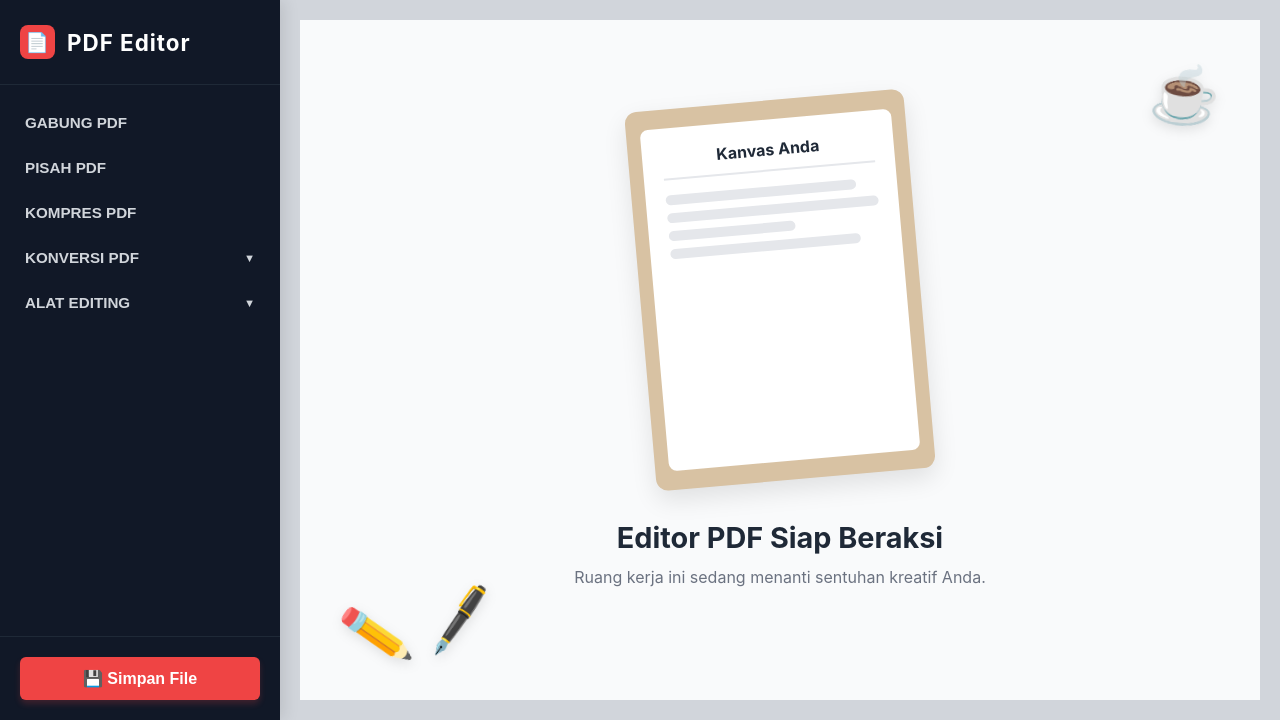
Repository: IkhsanMoekhtar/pdf_editor
Page: /
The author's editor kept a copy of each file at every save. The page is drawn from the files as they stood at one save, then again after the next save.
The browser window is 1280 px wide. The pictures show the whole page.
The project was rebuilt for these pictures with package versions that can differ from the ones it lists, and the page was loaded fresh each time. Also part of the build but not shown: vite.config.js.

Above is the page before, as saved 2026-03-18 05:30:41.

### index.html
<!doctype html>
<html lang="en">
  <head>
    <meta charset="UTF-8" />
    <link rel="icon" type="image/svg+xml" href="/favicon.svg" />
    <meta name="viewport" content="width=device-width, initial-scale=1.0" />
    <title>frontend-pdf</title>
  </head>
  <body>
    <div id="root"></div>
    <script type="module" src="/src/main.jsx"></script>
  </body>
</html>

### src/index.css
/* --- CSS RESET GLOBAL --- */

/* Tanda bintang (*) artinya menerapkan aturan ini ke SEMUA elemen di website */
* {
  margin: 0;
  padding: 0;
  box-sizing: border-box; /* Memastikan padding tidak menambah lebar elemen */
}

/* Memaksa elemen dasar website untuk mengambil 100% layar tanpa sisa */
html, body, #root {
  width: 100%;
  height: 100%;
  background-color: #f3f4f6; /* Warna latar belakang aplikasi kita */
}

/* Menghilangkan font default yang kaku */
body {
  font-family: Inter, system-ui, Avenir, Helvetica, Arial, sans-serif;
  -webkit-font-smoothing: antialiased;
}

### src/App.jsx
import React, { useState, useRef, useEffect} from 'react';
import { Document, Page, pdfjs } from 'react-pdf';
import './App.css';

// Memuat worker secara lokal langsung dari node_modules (Sangat stabil untuk Vite)
pdfjs.GlobalWorkerOptions.workerSrc = new URL(
  'pdfjs-dist/build/pdf.worker.min.mjs',
  import.meta.url,
).toString();

function App() {
  const [pdfFile, setPdfFile] = useState(null);
  const [activeTool, setActiveTool] = useState(null);
  const fileInputRef = useRef(null);

  // State baru untuk mengatur menu dropdown di sidebar
  const [expandedMenu, setExpandedMenu] = useState(null);

  const [numPages, setNumPages] = useState(null);
  const [pageNumber, setPageNumber] = useState(1);

  // --- STATE BARU UNTUK UKURAN DINAMIS ---
  // Ref ini akan kita tempelkan ke bungkus PDF untuk diukur
  const pdfWrapperRef = useRef(null);
  // State ini menyimpan angka lebar layar saat ini
  const [pdfWidth, setPdfWidth] = useState(null);

  // Efek ini akan berjalan setiap kali ukuran layar/browser berubah
  useEffect(() => {
    // Membuat sensor ResizeObserver
    const observer = new ResizeObserver((entries) => {
      if (entries[0]) {
        // Kurangi sedikit (misal 40px) agar ada ruang kosong (margin) di kiri-kanan
        setPdfWidth(entries[0].contentRect.width - 40);
      }
    });

    // Pasang sensornya ke elemen pembungkus PDF kita
    if (pdfWrapperRef.current) {
      observer.observe(pdfWrapperRef.current);
    }

    // Bersihkan sensor jika komponen ditutup
    return () => observer.disconnect();
  }, [pdfFile]); // Efek ini juga berjalan ulang saat file PDF baru diunggah

  const handleFileUpload = (event) => {
    const file = event.target.files[0];
    if (file && file.type === 'application/pdf') {
      setPdfFile(file);
      setPageNumber(1);
    } else {
      alert("Mohon unggah file dengan format PDF.");
    }
  };

  // Fungsi saat dokumen PDF berhasil dibaca oleh mesin
  const onDocumentLoadSuccess = ({ numPages }) => {
    setNumPages(numPages);
  };

  // Fungsi ganti halaman
  const changePage = (offset) => {
    setPageNumber(prevPageNumber => prevPageNumber + offset);
  };

  const handleToolClick = (toolName) => {
    setActiveTool(toolName);
    if (toolName === 'save') alert("Mempersiapkan data!");
  };

  const triggerUpload = () => fileInputRef.current.click();
  const toggleMenu = (menuName) => setExpandedMenu(expandedMenu === menuName ? null : menuName);

  return (
    <div className="app-container">

      {/* --- SIDEBAR UTAMA --- */}
      <aside className="main-sidebar">
        <div className="brand">
          <span className="brand-icon">📄</span>
          <strong>PDF Editor</strong>
        </div>

        <nav className="sidebar-nav">
          <button className="nav-item">GABUNG PDF</button>
          <button className="nav-item">PISAH PDF</button>
          <button className="nav-item">KOMPRES PDF</button>

          {/* Grup Menu: KONVERSI PDF */}
          <div className={`nav-group ${expandedMenu === 'convert' ? 'expanded' : ''}`}>
            <button className="nav-item has-arrow" onClick={() => toggleMenu('convert')}>
              KONVERSI PDF <span className="arrow">▼</span>
            </button>
            <div className="submenu">
              <div className="submenu-title">KE PDF</div>
              <button className="submenu-btn"><span className="doc-icon icon-jpg">J</span> JPG ke PDF</button>
              <button className="submenu-btn"><span className="doc-icon icon-word">W</span> WORD ke PDF</button>
              <button className="submenu-btn"><span className="doc-icon icon-ppt">P</span> PPT ke PDF</button>
              <button className="submenu-btn"><span className="doc-icon icon-excel">X</span> EXCEL ke PDF</button>

              <div className="submenu-title" style={{ marginTop: '10px' }}>DARI PDF</div>
              <button className="submenu-btn"><span className="doc-icon icon-jpg">J</span> PDF ke JPG</button>
              <button className="submenu-btn"><span className="doc-icon icon-word">W</span> PDF ke WORD</button>
              <button className="submenu-btn"><span className="doc-icon icon-ppt">P</span> PDF ke PPT</button>
              <button className="submenu-btn"><span className="doc-icon icon-excel">X</span> PDF ke EXCEL</button>
            </div>
          </div>

          {/* Grup Menu: ALAT EDIT */}
          <div className={`nav-group ${expandedMenu === 'tools' ? 'expanded' : ''}`}>
            <button className="nav-item has-arrow" onClick={() => toggleMenu('tools')}>
              ALAT EDITING <span className="arrow">▼</span>
            </button>
            <div className="submenu">
              <button className={`submenu-btn ${activeTool === 'text' ? 'active' : ''}`} onClick={() => handleToolClick('text')}>
                <span className="doc-icon icon-pdf">T</span> Tambah Teks
              </button>
              <button className={`submenu-btn ${activeTool === 'draw' ? 'active' : ''}`} onClick={() => handleToolClick('draw')}>
                <span className="doc-icon icon-pdf">C</span> Coretan Bebas
              </button>
              <button className={`submenu-btn ${activeTool === 'highlight' ? 'active' : ''}`} onClick={() => handleToolClick('highlight')}>
                <span className="doc-icon icon-pdf">H</span> Highlight Area
              </button>
            </div>
          </div>
        </nav>

        {/* Tombol Simpan selalu berada di bawah */}
        <div className="sidebar-footer">
          <button className="save-btn" onClick={() => handleToolClick('save')}>
            💾 Simpan File
          </button>
        </div>
      </aside>

      {/* --- AREA KERJA UTAMA --- */}
      <main className="workspace">
        <div className="viewer-container" style={{ flexDirection: 'column', overflowY: 'auto', padding: '20px' }}>

          {pdfFile ? (
            // --- CUSTOM PDF VIEWER KITA ---
            <div
              className="custom-pdf-viewer"
              ref={pdfWrapperRef} /* Pasang Sensor Disini! */
              style={{ display: 'flex', flexDirection: 'column', alignItems: 'center', width: '100%', maxWidth: '900px', margin: '0 auto' }}
            >

              <div className="pdf-controls" style={{ marginBottom: '15px', display: 'flex', gap: '15px', alignItems: 'center', backgroundColor: 'white', padding: '10px 20px', borderRadius: '8px', boxShadow: '0 2px 5px rgba(0,0,0,0.1)' }}>
                {/* ... (Tombol Sebelumnya / Selanjutnya tetap sama) ... */}
                <button onClick={() => changePage(-1)} disabled={pageNumber <= 1} style={{ padding: '8px 12px', cursor: 'pointer', border: '1px solid #ccc', borderRadius: '4px', background: 'white' }}>
                  ◀ Sebelumnya
                </button>
                <span style={{ fontWeight: 'bold' }}>
                  Halaman {pageNumber} dari {numPages || '--'}
                </span>
                <button onClick={() => changePage(1)} disabled={pageNumber >= numPages} style={{ padding: '8px 12px', cursor: 'pointer', border: '1px solid #ccc', borderRadius: '4px', background: 'white' }}>
                  Selanjutnya ▶
                </button>
              </div>

              <div className="pdf-paper" style={{ boxShadow: '0 10px 30px rgba(0,0,0,0.15)', backgroundColor: 'white' }}>
                <Document
                  file={pdfFile}
                  onLoadSuccess={onDocumentLoadSuccess}
                  loading={<div style={{ padding: '50px' }}>Memuat mesin dan dokumen...</div>}
                >
                  {/* Gunakan variabel lebar dinamis (pdfWidth) sebagai pengganti scale statis */}
                  <Page
                    pageNumber={pageNumber}
                    renderTextLayer={false}
                    renderAnnotationLayer={false}
                    width={pdfWidth} // Kunci Dinamisnya Ada di Sini!
                  />
                </Document>
              </div>

            </div>
          ) : (
            // --- AREA KOSONG (KLIK UNTUK UPLOAD) ---
            <div className="empty-state desktop-scene" onClick={triggerUpload} style={{ width: '100%', height: '100%' }}>
              <input type="file" accept="application/pdf" style={{ display: 'none' }} ref={fileInputRef} onChange={handleFileUpload} />

              <div className="clipboard">
                <div className="clipboard-paper">
                  <div className="clipboard-header">Kanvas Anda</div>
                  <div className="clipboard-content">
                    <div className="empty-line large"></div>
                    <div className="empty-line"></div>
                    <div className="empty-line medium"></div>
                    <div className="empty-line large"></div>
                  </div>
                </div>
              </div>

              <div className="desk-item coffee-cup">☕️</div>
              <div className="desk-item pens">✏️ 🖋️</div>

              <div className="message-container">
                <h3>Editor PDF Siap Beraksi</h3>
                <p>Ruang kerja ini sedang menanti sentuhan kreatif Anda.</p>
              </div>
            </div>
          )}
        </div>
      </main>
    </div>
  );
}

export default App;

### src/App.css
/* --- TATA LETAK UTAMA --- */
.app-container {
  display: flex;
  flex-direction: row; /* Kembali menyamping: Kiri Sidebar, Kanan Workspace */
  height: 100vh;
  font-family: Inter, system-ui, Avenir, Helvetica, Arial, sans-serif;
  background-color: #e5e7eb;
}

/* --- SIDEBAR BARU --- */
.main-sidebar {
  width: 280px;
  background-color: #111827; /* Warna gelap yang modern */
  color: #f3f4f6;
  display: flex;
  flex-direction: column;
  flex-shrink: 0;
  box-shadow: 4px 0 15px rgba(0,0,0,0.1);
  z-index: 10;
}

.brand {
  display: flex;
  align-items: center;
  gap: 12px;
  padding: 25px 20px;
  font-size: 1.4rem;
  font-weight: 800;
  letter-spacing: 1px;
  border-bottom: 1px solid #1f2937;
  color: #ffffff;
}

.brand-icon {
  background-color: #ef4444;
  padding: 5px;
  border-radius: 8px;
  font-size: 1.2rem;
}

/* --- NAVIGASI SIDEBAR (ACCORDION) --- */
.sidebar-nav {
  flex: 1;
  overflow-y: auto; /* Bisa di-scroll jika menu terlalu panjang */
  padding: 15px 0;
}

/* Tombol Menu Utama */
.nav-item {
  width: 100%;
  text-align: left;
  background: transparent;
  border: none;
  color: #d1d5db;
  padding: 14px 25px;
  font-size: 0.95rem;
  font-weight: 600;
  cursor: pointer;
  display: flex;
  justify-content: space-between;
  align-items: center;
  transition: all 0.2s;
}

.nav-item:hover {
  background-color: #1f2937;
  color: #ffffff;
}

.arrow {
  font-size: 0.7rem;
  transition: transform 0.3s ease;
}

/* --- LOGIKA ACCORDION (Animasi Buka/Tutup) --- */
.submenu {
  max-height: 0; /* Secara default tertutup */
  overflow: hidden;
  background-color: #0b0f19; /* Latar submenu lebih gelap agar beda */
  transition: max-height 0.4s cubic-bezier(0.4, 0, 0.2, 1);
}

.nav-group.expanded .submenu {
  max-height: 500px; /* Terbuka saat div memiliki class 'expanded' */
}

.nav-group.expanded .arrow {
  transform: rotate(180deg); /* Panah berputar */
}

.nav-group.expanded .nav-item {
  color: #ef4444; /* Judul menu yang aktif berwarna merah */
}

/* Isi Submenu */
.submenu-title {
  font-size: 0.7rem;
  color: #6b7280;
  font-weight: 700;
  padding: 15px 25px 5px 25px;
  letter-spacing: 1px;
}

.submenu-btn {
  width: 100%;
  text-align: left;
  background: transparent;
  border: none;
  color: #9ca3af;
  padding: 10px 25px;
  font-size: 0.85rem;
  display: flex;
  align-items: center;
  cursor: pointer;
  transition: all 0.2s;
}

.submenu-btn:hover {
  color: #ffffff;
  background-color: #1f2937;
}

.submenu-btn.active {
  color: #ffffff;
  background-color: #ef4444;
}

/* -- IKON BERBASIS CSS (Tetap Dipertahankan) -- */
.doc-icon {
  display: inline-flex;
  align-items: center; justify-content: center;
  width: 20px; height: 20px;
  border-radius: 4px; font-size: 10px; font-weight: 800; color: white;
  margin-right: 12px;
}
.icon-jpg { background-color: #eab308; }
.icon-word { background-color: #3b82f6; }
.icon-ppt { background-color: #f97316; }
.icon-excel { background-color: #22c55e; }
.icon-pdf { background-color: #ef4444; }

/* --- BAGIAN BAWAH SIDEBAR --- */
.sidebar-footer {
  padding: 20px;
  border-top: 1px solid #1f2937;
}

.save-btn {
  width: 100%;
  padding: 12px;
  background-color: #ef4444;
  color: white;
  border: none;
  border-radius: 6px;
  font-weight: bold;
  font-size: 1rem;
  cursor: pointer;
  transition: background-color 0.2s;
  box-shadow: 0 4px 6px rgba(239, 68, 68, 0.2);
}

.save-btn:hover { background-color: #dc2626; }

/* --- AREA KERJA UTAMA --- */
.workspace {
  flex: 1;
  display: flex;
  position: relative;
  overflow: hidden;
}

.viewer-container {
  width: 100%;
  height: 100%;
  background-color: #d1d5db;
  display: flex;
  justify-content: center;
  align-items: center;
}

/* --- DESAIN AREA KOSONG (KLIK UNTUK UPLOAD) --- */
.empty-state.desktop-scene {
  display: flex;
  flex-direction: column;
  align-items: center;
  justify-content: center;
  height: 100%;
  width: 100%;
  background-color: #f9fafb;
  position: relative;
  padding: 40px;
  overflow: hidden;
  cursor: pointer; /* Mengubah kursor menjadi tangan (menandakan bisa diklik) */
  transition: background-color 0.3s ease;
}

/* Sedikit penggelapan latar belakang saat area disorot mouse */
.empty-state.desktop-scene:hover {
  background-color: #9b9488;
}

.clipboard {
  width: 280px; height: 380px;
  background-color: #d8c2a3;
  border-radius: 12px;
  box-shadow: 0 10px 25px rgba(0,0,0,0.1);
  transform: rotate(-5deg);
  position: relative;
  display: flex; align-items: center; justify-content: center;
  margin-bottom: 40px;
  transition: transform 0.3s ease;
}

.empty-state.desktop-scene:hover .clipboard {
  transform: rotate(0deg) scale(1.03);
}

.clipboard-paper {
  width: 90%; height: 90%; background-color: #ffffff;
  border-radius: 8px; padding: 20px;
  display: flex; flex-direction: column; gap: 15px;
}

.clipboard-header {
  font-weight: bold; color: #1f2937;
  border-bottom: 2px solid #e5e7eb; padding-bottom: 10px; text-align: center;
}

.clipboard-content { flex: 1; display: flex; flex-direction: column; gap: 8px; }
.empty-line { height: 10px; background-color: #e5e7eb; border-radius: 5px; }
.empty-line.large { width: 90%; }
.empty-line.medium { width: 60%; }

.desk-item { position: absolute; font-size: 3.5rem; filter: drop-shadow(0 4px 6px rgba(0,0,0,0.1)); }
.coffee-cup { top: 40px; right: 40px; transform: rotate(5deg); }
.pens { bottom: 40px; left: 40px; display: flex; gap: 10px; transform: rotate(-10deg); }

.message-container { text-align: center; max-width: 500px; margin-bottom: 30px; }
.message-container h3 { font-size: 1.8rem; color: #1f2937; font-weight: 700; margin-bottom: 10px; }
.message-container p { color: #6b7280; line-height: 1.6; }

.start-hint-pil {
  display: flex; align-items: center; gap: 12px;
  background-color: #1f2937; color: #ffffff;
  padding: 12px 24px; border-radius: 999px;
  font-weight: bold; box-shadow: 0 6px 15px rgba(0,0,0,0.2);
  transition: all 0.2s;
}

.empty-state.desktop-scene:hover .start-hint-pil {
  background-color: #3b82f6; /* Berubah menjadi biru saat disorot */
  transform: translateY(-2px);
}

/* Animasi Ikon Mouse bergerak naik turun */
.bouncy-arrow {
  display: inline-block;
  font-size: 1.3rem;
  animation: bounce-vertical-hint 1.5s infinite;
}

@keyframes bounce-vertical-hint {
  0%, 100% { transform: translateY(0); }
  50% { transform: translateY(-5px); }
}

Loaded but not shown: src/main.jsx (common file)

After the next save:
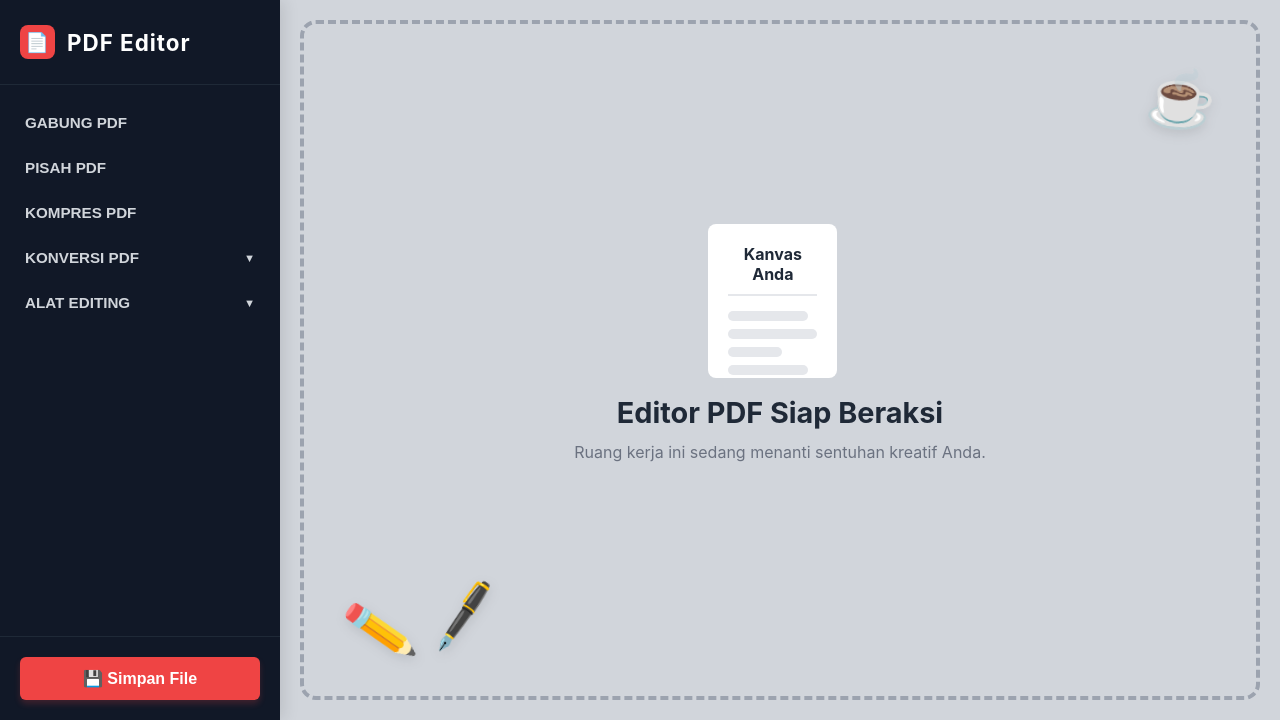
Saved 7 min 43 s later.
--- a/src/App.css
+++ b/src/App.css
@@ -186,31 +186,31 @@
   justify-content: center;
   height: 100%;
   width: 100%;
-  background-color: #f9fafb;
+
+  /* BORDER DEFAULT: Garis putus-putus abu-abu netral */
+  border: 4px dashed #9ca3af;
+  border-radius: 16px;
+  background-color: transparent; /* Membiarkan warna bawaan container Anda terlihat */
+
   position: relative;
   padding: 40px;
   overflow: hidden;
-  cursor: pointer; /* Mengubah kursor menjadi tangan (menandakan bisa diklik) */
-  transition: background-color 0.3s ease;
-}
-
-/* Sedikit penggelapan latar belakang saat area disorot mouse */
+  cursor: pointer;
+
+  /* KUNCI ANIMASI: Memaksa border dan background berubah dalam waktu yang sama persis (0.3 detik) */
+  transition: border-color 0.3s ease-in-out, background-color 0.3s ease-in-out;
+}
+
+/* --- EFEK SAAT MOUSE MASUK (HOVER) --- */
 .empty-state.desktop-scene:hover {
-  background-color: #9b9488;
-}
-
-.clipboard {
-  width: 280px; height: 380px;
-  background-color: #d8c2a3;
-  border-radius: 12px;
-  box-shadow: 0 10px 25px rgba(0,0,0,0.1);
-  transform: rotate(-5deg);
-  position: relative;
-  display: flex; align-items: center; justify-content: center;
-  margin-bottom: 40px;
-  transition: transform 0.3s ease;
-}
-
+  /* Border berubah warna (Saya gunakan Biru agar kontras dengan tema gelap Anda) */
+  border-color: #3b82f6;
+
+  /* Latar belakang ikut menggelap/berubah warna sedikit saja agar bordernya makin menonjol */
+  background-color: rgba(59, 130, 246, 0.08);
+}
+
+/* Memastikan elemen di dalamnya (papan klip) juga ikut bereaksi halus */
 .empty-state.desktop-scene:hover .clipboard {
   transform: rotate(0deg) scale(1.03);
 }

After the save that followed:
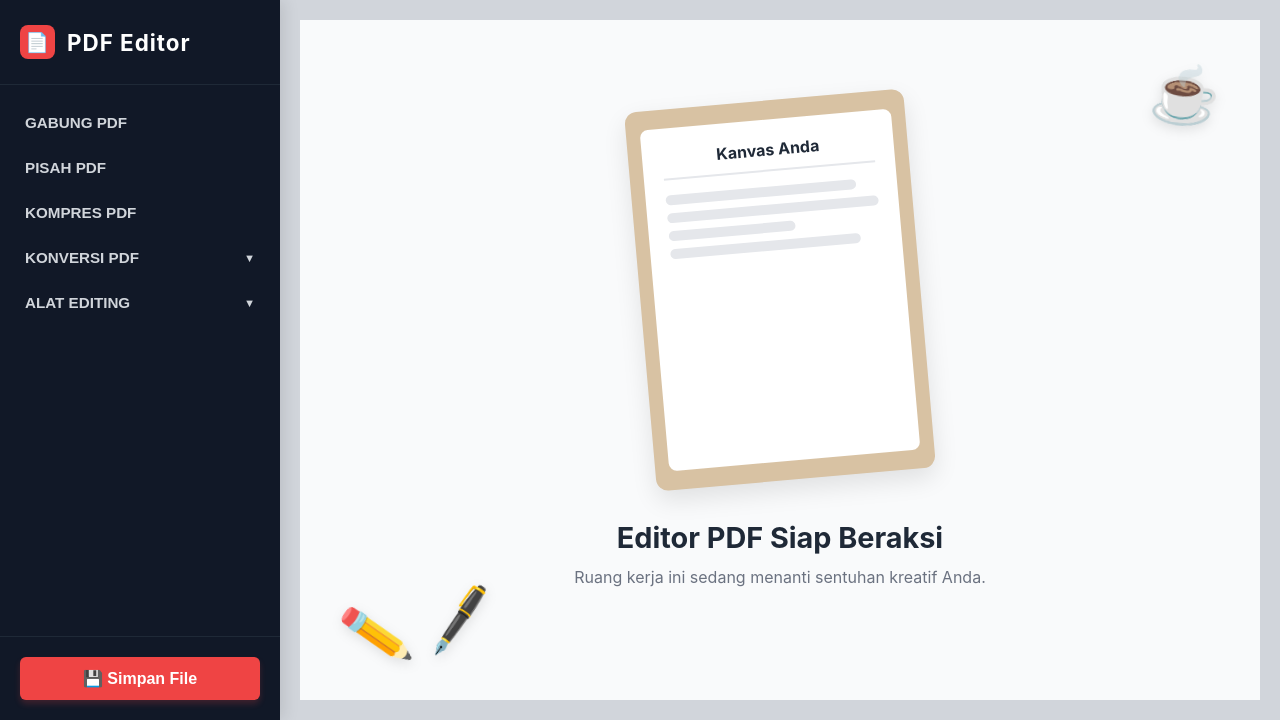
Saved 13 s later.
--- a/src/App.css
+++ b/src/App.css
@@ -186,31 +186,31 @@
   justify-content: center;
   height: 100%;
   width: 100%;
-
-  /* BORDER DEFAULT: Garis putus-putus abu-abu netral */
-  border: 4px dashed #9ca3af;
-  border-radius: 16px;
-  background-color: transparent; /* Membiarkan warna bawaan container Anda terlihat */
-
+  background-color: #f9fafb;
   position: relative;
   padding: 40px;
   overflow: hidden;
-  cursor: pointer;
-
-  /* KUNCI ANIMASI: Memaksa border dan background berubah dalam waktu yang sama persis (0.3 detik) */
-  transition: border-color 0.3s ease-in-out, background-color 0.3s ease-in-out;
-}
-
-/* --- EFEK SAAT MOUSE MASUK (HOVER) --- */
+  cursor: pointer; /* Mengubah kursor menjadi tangan (menandakan bisa diklik) */
+  transition: background-color 0.3s ease;
+}
+
+/* Sedikit penggelapan latar belakang saat area disorot mouse */
 .empty-state.desktop-scene:hover {
-  /* Border berubah warna (Saya gunakan Biru agar kontras dengan tema gelap Anda) */
-  border-color: #3b82f6;
-
-  /* Latar belakang ikut menggelap/berubah warna sedikit saja agar bordernya makin menonjol */
-  background-color: rgba(59, 130, 246, 0.08);
-}
-
-/* Memastikan elemen di dalamnya (papan klip) juga ikut bereaksi halus */
+  background-color: #9b9488;
+}
+
+.clipboard {
+  width: 280px; height: 380px;
+  background-color: #d8c2a3;
+  border-radius: 12px;
+  box-shadow: 0 10px 25px rgba(0,0,0,0.1);
+  transform: rotate(-5deg);
+  position: relative;
+  display: flex; align-items: center; justify-content: center;
+  margin-bottom: 40px;
+  transition: transform 0.3s ease;
+}
+
 .empty-state.desktop-scene:hover .clipboard {
   transform: rotate(0deg) scale(1.03);
 }
